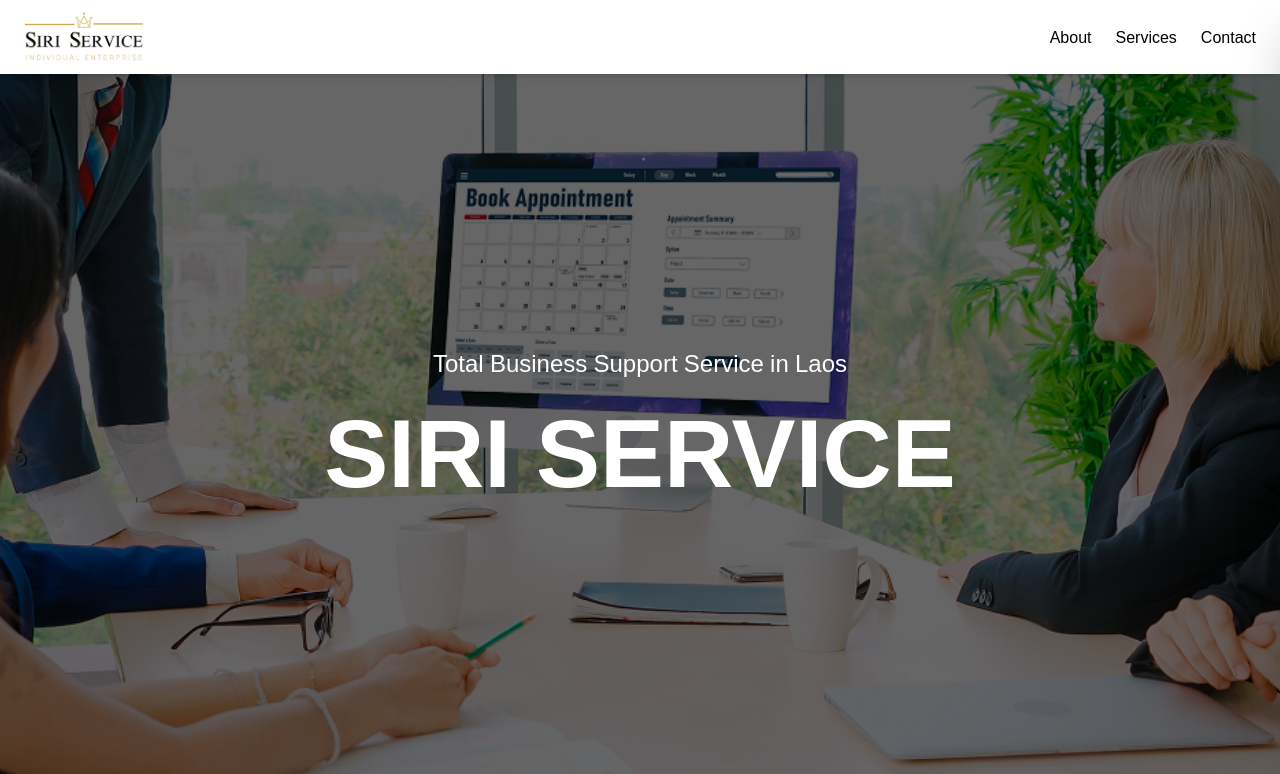
Repository: Phailin-teamplate/siri-service-web
Page: /
The author's editor kept a copy of each file at every save. The page is drawn from the files as they stood at one save, then again after the next save.
The browser window is 1280 px wide. The pictures show the whole page.
The project was rebuilt for these pictures with package versions that can differ from the ones it lists, and the page was loaded fresh each time. The framework's server and built-in components were replaced by stand-ins that run in the browser. Also part of the build but not shown: next.config.ts.

Above is the page before, as saved 2025-07-02 14:00:59.

### src/app/layout.tsx
"use client";

import React, { useState, useEffect } from "react";
import { ArrowUpIcon } from "@heroicons/react/24/solid"; // Importing the arrow icon
import { Geist, Geist_Mono } from "next/font/google";
import { Inter, Noto_Sans_Lao } from "next/font/google";
import "./globals.css";
import Navbar from "@/src/components/navbar";

const notoSansLao = Noto_Sans_Lao({ subsets: ["lao"] });


export default function RootLayout({
  children,
}: Readonly<{
  children: React.ReactNode;
}>) {
  const [isVisible, setIsVisible] = useState(false);

  // Detect scroll position and show button when scrolling down
  const handleScroll = () => {
    if (window.scrollY > 300) {
      setIsVisible(true);
    } else {
      setIsVisible(false);
    }
  };

  useEffect(() => {
    window.addEventListener("scroll", handleScroll);
    return () => {
      window.removeEventListener("scroll", handleScroll);
    };
  }, []);

  const scrollToTop = () => {
    window.scrollTo({ top: 0, behavior: "smooth" });
  };

  return (
    <html lang="en">
      <body
        className={`${notoSansLao.className} antialiased`}
      >
        <Navbar />
        {children}
        {/* <Footer /> */}

        {/* Popup Button with Icon for Scrolling to Top */}
        {isVisible && (
             <button
             onClick={scrollToTop}
             className="fixed bottom-2 right-5 md:bottom-5 md:right-10 bg-blue-500 text-white p-2 md:p-4 rounded-full shadow-lg hover:bg-blue-600 focus:outline-none transition-transform transform hover:scale-110"
           >
             {/* Heroicon Arrow Up Icon */}
             <ArrowUpIcon className="h-5 w-5 md:h-6 md:w-6" />
           </button>
        )}
      </body>
    </html>
  );
}

### src/app/page.tsx
import React from "react";
import Homepage from "@/src/components/Homepage";

export const metadata = {
  title: "About | TEAMPLATE",
  description:
    "Learn about TEAMPLATE — our story, mission, team, and values that drive our innovation.",
  keywords: ["teamplate", "about", "our story", "mission", "values", "team"],
  openGraph: {
    title: "About | TEAMPLATE",
    description:
      "Discover TEAMPLATE's story, mission, and the people behind our success.",
    url: "https://yourdomain.com/about",
    siteName: "TEAMPLATE",
    images: [
      {
        url: "https://yourdomain.com/images/about-og.jpg", // ✅ Replace with actual path
        width: 1200,
        height: 630,
        alt: "About TEAMPLATE",
      },
    ],
    locale: "en_US",
    type: "website",
  },
};

export default function Home() {
  return (
    <section className="w-full" id="about">
      <Homepage/>
    </section>
  );
}

### src/components/navbar.tsx
import { useState, useCallback, useEffect } from "react";
import Image from "next/image";
import { Menu, X } from "lucide-react";
import Logo from "@/public/logo/Siri Service.png";

export default function Navbar() {
  const [isOpen, setIsOpen] = useState(false);

  // Function for smooth scrolling
  const handleSmoothScroll = useCallback((targetId: string) => {
    setIsOpen(false); // Close the sidebar

    if (targetId === "/") {
      window.scrollTo({ top: 0, behavior: "smooth" });
    } else {
      const targetElement = document.querySelector(targetId);
      if (targetElement) {
        targetElement.scrollIntoView({ behavior: "smooth" });
      }
    }
  }, []);

  const [isScrolled, setIsScrolled] = useState(false);

  // Detect scroll to change navbar background
  useEffect(() => {
    const handleScroll = () => {
      const scrollTop = window.scrollY;
      setIsScrolled(scrollTop > 10); // Trigger when scrolled 10px
    };

    window.addEventListener("scroll", handleScroll);

    return () => window.removeEventListener("scroll", handleScroll);
  }, []);

  return (
    <div className="w-full sticky top-0 z-50 bg-white shadow-md">
      <nav className="flex items-center justify-between px-6 py-3">
        {/* Logo */}
        <button
          onClick={() => handleSmoothScroll("/")}
          className="p-0 border-none bg-transparent active:opacity-80"
        >
          <Image
            className="w-20 sm:w-20 md:w-30 lg:w-30 xl:w-30 2xl:w-30 h-auto"
            src={Logo}
            alt="Appstore"
            priority
          />
        </button>

        {/* Desktop Links */}
        <div className="hidden md:flex gap-6">
          <button
            onClick={() => handleSmoothScroll("#about")}
            className="hover:text-blue-600 hover:underline transition-colors text-black duration-200 cursor-pointer"
          >
            About
          </button>
          <button
            onClick={() => handleSmoothScroll("#services")}
            className="hover:text-blue-600 hover:underline transition-colors text-black duration-200 cursor-pointer"
          >
            Services
          </button>
          <button
            onClick={() => handleSmoothScroll("#contact")}
            className="hover:text-blue-600 hover:underline transition-colors text-black duration-200 cursor-pointer"
          >
            Contact
          </button>
        </div>

        {/* Mobile Menu Button */}
        <button
          className="md:hidden focus:outline-none"
          onClick={() => setIsOpen(!isOpen)}
          aria-label="Toggle Menu"
        >
          {isOpen ? <X size={28} /> : <Menu size={28} />}
        </button>
      </nav>

      {/* Overlay (Closes menu when clicked) */}
      {isOpen && (
        <div
          className="fixed inset-0 z-40"
          onClick={() => setIsOpen(false)}
        ></div>
      )}

      {/* Mobile Sidebar */}
      <div
        className={`fixed top-0 right-0 h-full w-64 bg-white shadow-2xl p-6 flex flex-col transition-transform ${
          isOpen ? "translate-x-0" : "translate-x-full"
        } duration-300 ease-in-out z-50`}
      >
        {/* Sidebar Header */}
        <div className="flex justify-between items-center pb-4 mt-1">
          <h3 className="text-black text-2xl font-semibold">Menu</h3>
          <button
            className="text-black text-3xl font-bold focus:outline-none"
            onClick={() => setIsOpen(false)}
            aria-label="Close Menu"
          >
            <X size={28} />
          </button>
        </div>

        {/* Sidebar Links */}
        <div className="flex flex-col items-start gap-4 pb-4">
          <button
            onClick={() => handleSmoothScroll("#about")}
            className="hover:text-blue-600 hover:underline transition-colors duration-200 cursor-pointer"
          >
            About
          </button>
          <button
            onClick={() => handleSmoothScroll("#services")}
            className="hover:text-blue-600 hover:underline transition-colors duration-200 cursor-pointer"
          >
            Services
          </button>
          <button
            onClick={() => handleSmoothScroll("#contact")}
            className="hover:text-blue-600 hover:underline transition-colors duration-200 cursor-pointer"
          >
            Contact
          </button>
        </div>
      </div>
    </div>
  );
}

### src/components/Homepage.tsx
import Image from "next/image";
import BgSiri from "@/public/bg-siri.png";
import type { Metadata } from "next";

export const metadata: Metadata = {
  title: "SiriService | About Us",
  description: "We are a Laos-based IT startup aiming for the global market.",
};

export default function Homepage() {
  return (
    <div className="flex flex-col ">
      <div className="flex justify-center">
        <div className="relative w-full h-[400px] xs:h-[600px] sm:h-[650px] md:h-[700px] lg:h-[700px]">
          {/* Background Image */}
          <Image src={BgSiri} alt="StartUp" fill className="object-cover" />

          {/* Gradient Overlay */}
          <div className="absolute inset-0 bg-black/60 z-10" />

          {/* Centered Content */}
          <div className="absolute inset-0 z-20 flex flex-col items-center justify-center text-center px-4">
            <div className="mb-4 sm:mb-6">
              <p className="text-white text-sm xs:text-base sm:text-xl md:text-2xl font-medium">
                Total Business Support Service in Laos
              </p>
            </div>
            <h1 className="text-white text-4xl xs:text-5xl sm:text-6xl md:text-7xl lg:text-8xl font-bold">
              SIRI SERVICE
            </h1>
          </div>
        </div>
      </div>


    </div>
  );
}

Loaded but not shown: src/app/globals.css (common file)

After the next save:
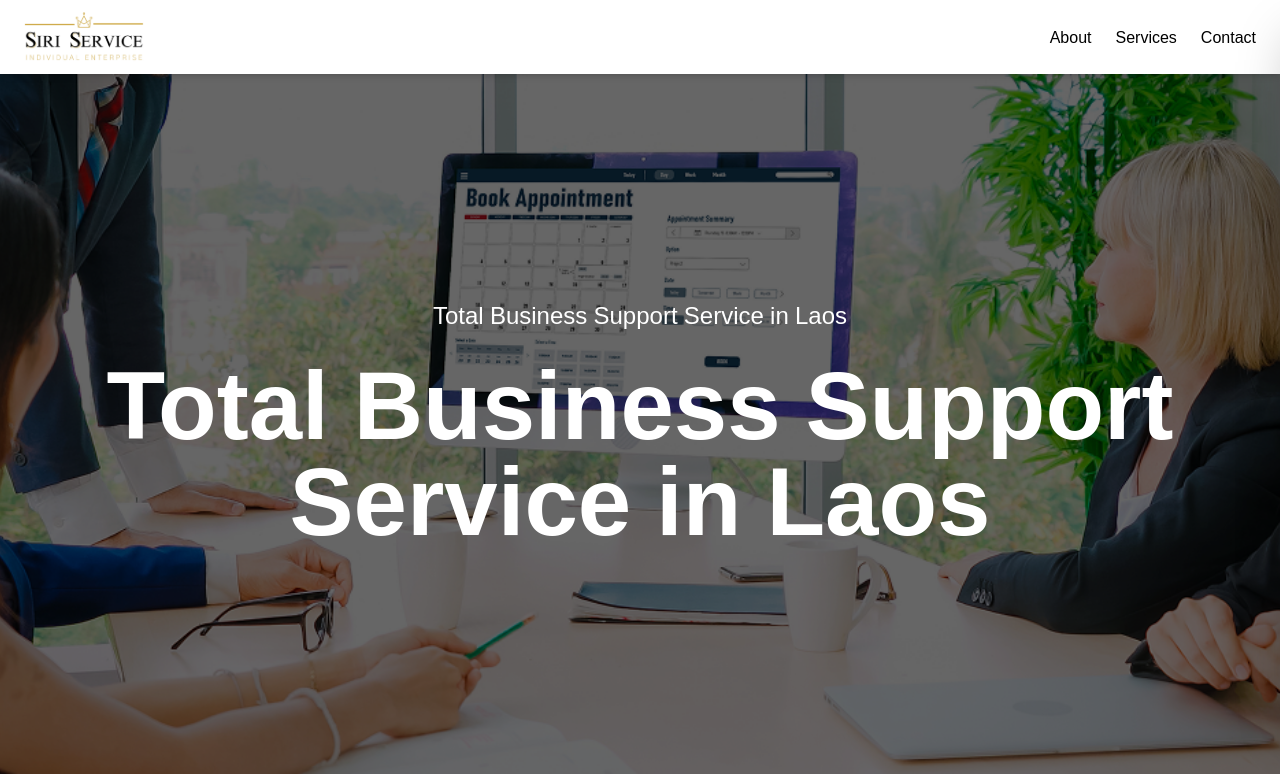
Saved 10 s later.
--- a/src/components/Homepage.tsx
+++ b/src/components/Homepage.tsx
@@ -26,7 +26,7 @@
               </p>
             </div>
             <h1 className="text-white text-4xl xs:text-5xl sm:text-6xl md:text-7xl lg:text-8xl font-bold">
-              SIRI SERVICE
+              Total Business Support Service in Laos
             </h1>
           </div>
         </div>
